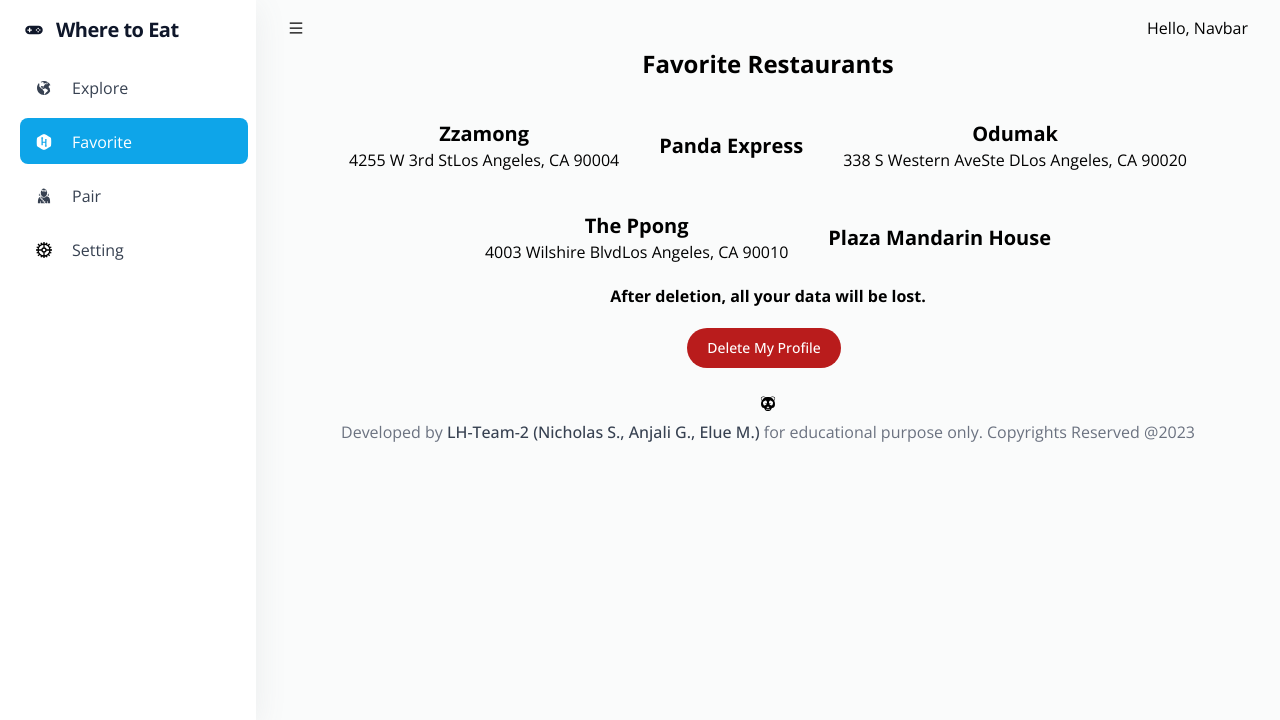
Repository: n-shen/where-to-eat
Page: /favorite (app in client/)
These files come from the project's save history. The page is drawn as it stood at one moment and after the next save; the edit follows.
The browser window is 1280 px wide. The pictures show the whole page.
The page's requests for data from a server got no answer. The project was rebuilt for these pictures with package versions that can differ from the ones it lists, and the page was loaded fresh each time. No one was signed in, and anything a server would have sent is missing. Also part of the build but not shown: client/src/data/cities.js, client/src/components/SearchForm.jsx, client/src/components/SearchResult.jsx, client/src/components/room.jsx, client/src/components/Room/Chat.jsx, client/src/components/Room/Selection.jsx, client/src/components/Room/Intro.jsx, client/src/components/Room/Game.jsx and 5 more.

Above is the page before, as saved 2023-05-05 19:47:23.

After the next save:
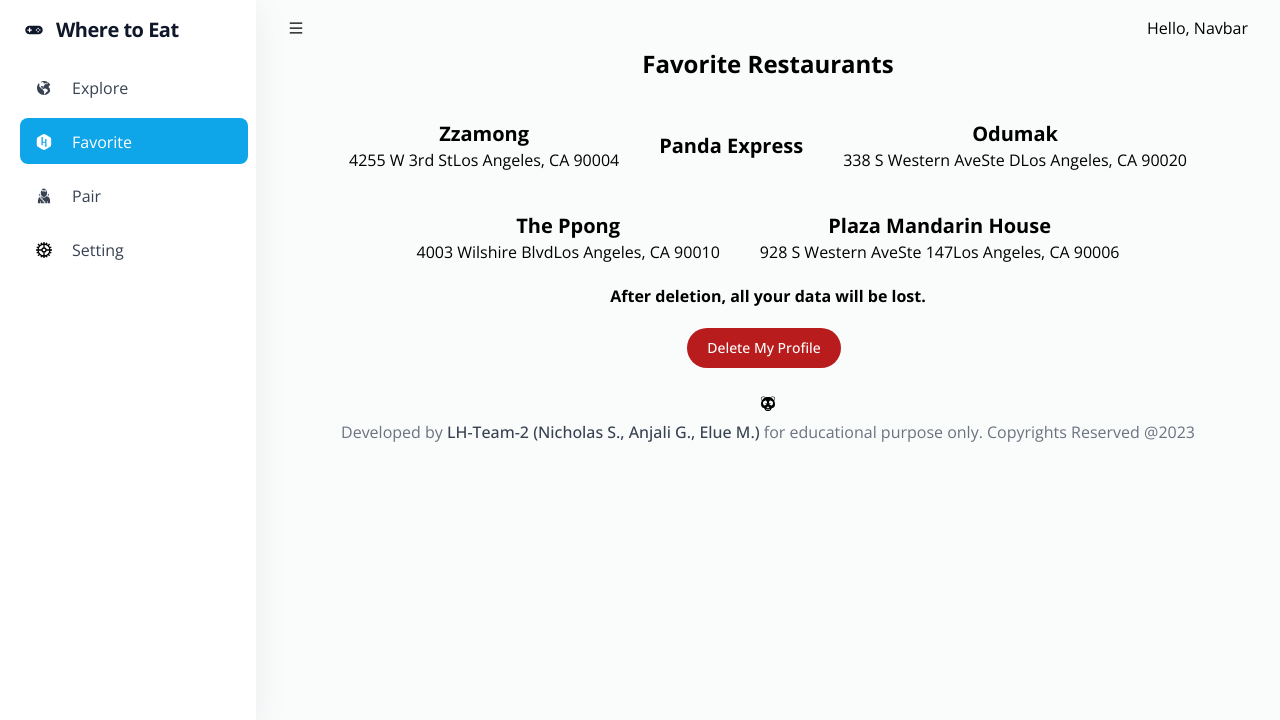
Saved 54 s later.
--- a/client/src/pages/Favorite.jsx
+++ b/client/src/pages/Favorite.jsx
@@ -38,9 +38,14 @@
   ],
   },
   {
+    id: 5,
     name: "Plaza Mandarin House",
     image: "https://s3-media1.fl.yelpcdn.com/bphoto/1nVrf8ItPD0dF_97JGQEzw/o.jpg",
-    id: 5,
+    address: [
+      "928 S Western Ave",
+      "Ste 147",
+      "Los Angeles, CA 90006"
+  ],
   },
 ];
 
